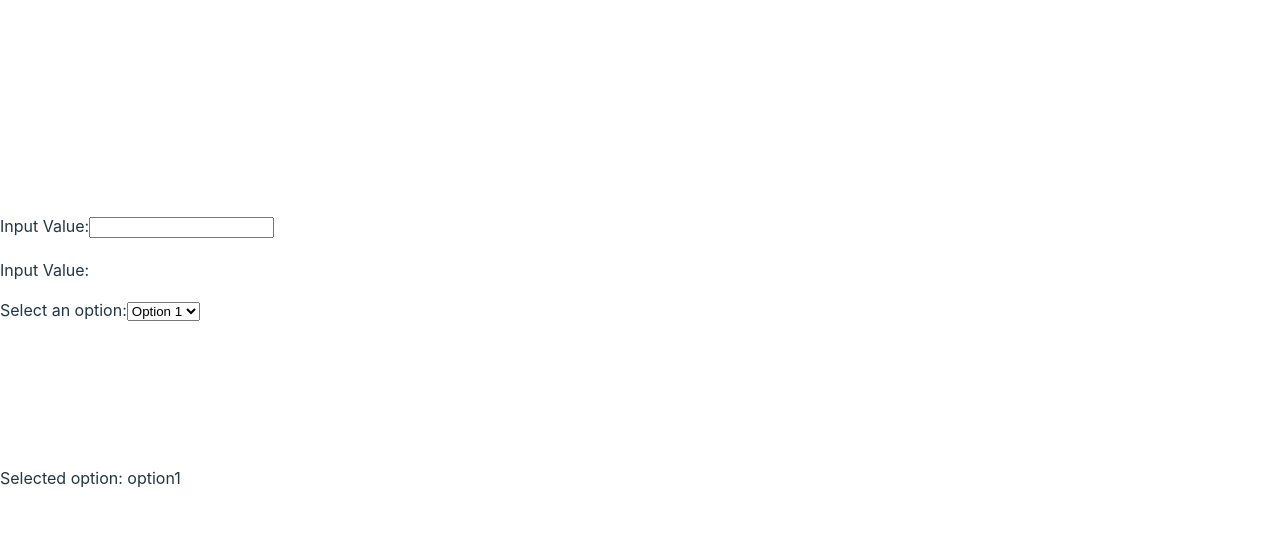
Repository: MariJafari/React-Form
Page: / (app in Desktop/Vite_jsx (3)/Vite_jsx/React Forms/)
An editor plug-in stored every save of this project. The page is shown before and after a run of saves, followed by the edit.
The browser window is 1280 px wide. The pictures show the whole page.
The project was rebuilt for these pictures with package versions that can differ from the ones it lists, and the page was loaded fresh each time. Also part of the build but not shown: Desktop/Vite_jsx (3)/Vite_jsx/React Forms/vite.config.js.

Above is the page before, as saved 2023-10-28 20:56:50.

After the next 2 saves:
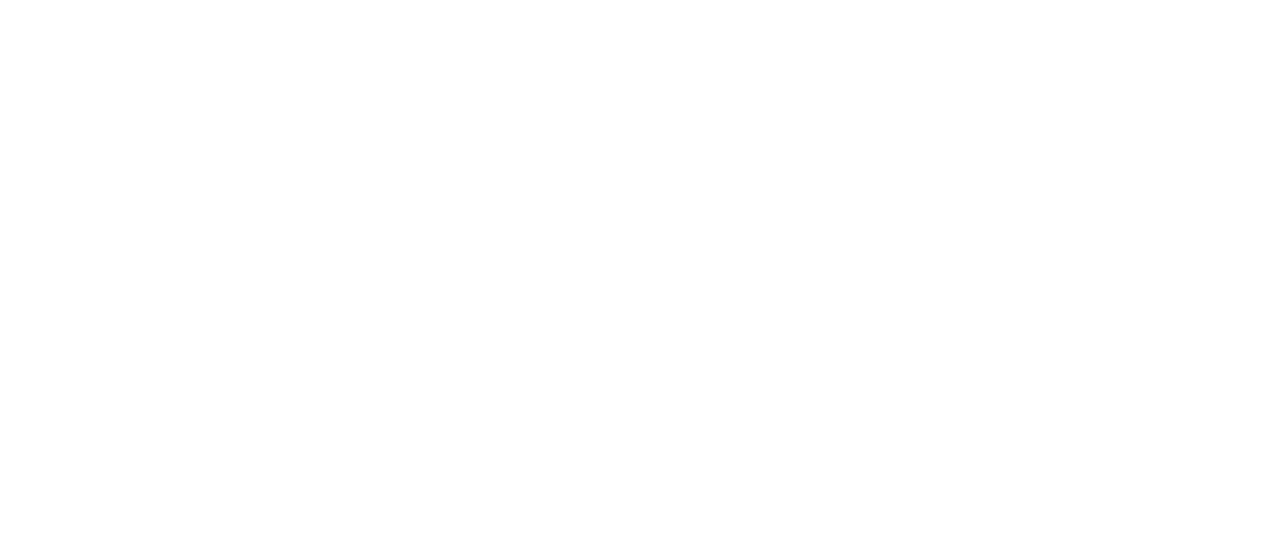
Console error: ReferenceError: Checkbox is not defined
The 2 saves are shown as one change because they came seconds apart.
The last was saved 20 s later.
--- a/Desktop/Vite_jsx (3)/Vite_jsx/React Forms/src/App.jsx
+++ b/Desktop/Vite_jsx (3)/Vite_jsx/React Forms/src/App.jsx
@@ -18,9 +18,10 @@
  <div>
    {<ControlledComponent />}
    {<Dropdown />}
+   { <Checkbox /> }
  {/*{<Controlled/>}
 
-{ <Checkbox /> }
+
 { <Multiple /> }
 { <Validate /> }
  {<Uncontrolled />}

After the save that followed:
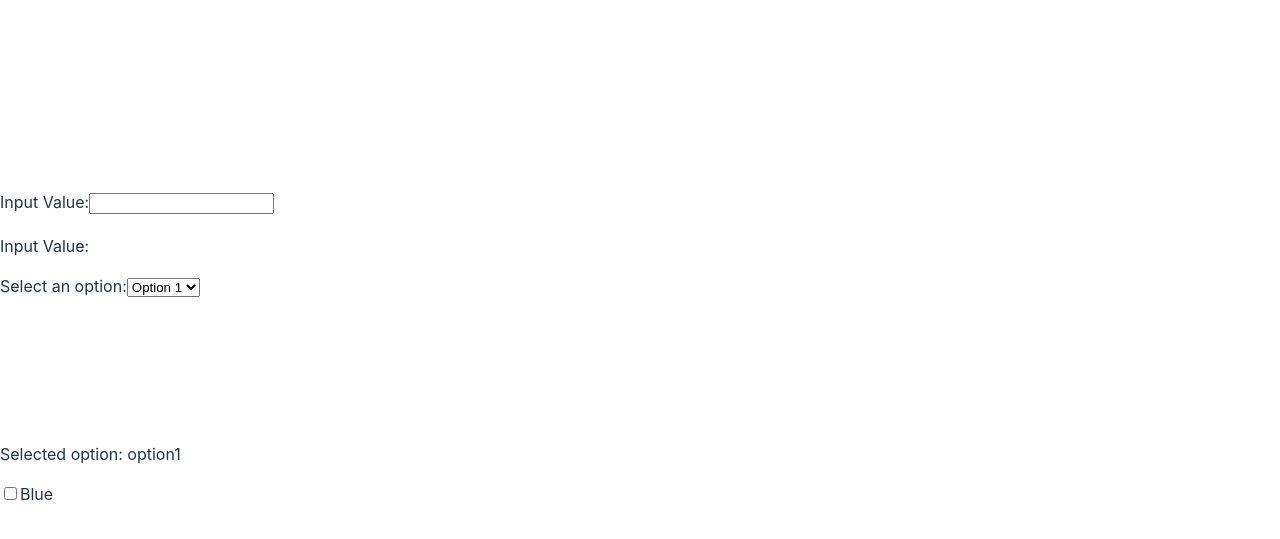
The error is gone.
Saved 4 s later.
--- a/Desktop/Vite_jsx (3)/Vite_jsx/React Forms/src/App.jsx
+++ b/Desktop/Vite_jsx (3)/Vite_jsx/React Forms/src/App.jsx
@@ -2,7 +2,7 @@
 import React from "react";
 // import Validate from "./components/Validate/Validate";
  import Dropdown from "./components/Dropdown/Dropdown";
-// import Checkbox from "./components/Checkbox/Checkbox";
+ import Checkbox from "./components/Checkbox/Checkbox";
 // import Multiple from "./components/Multiple/Multiple";
 // import Uncontrolled from "./components/Uncontrolled/Uncontrolled";
 // import Controlled from "./components/Controlled/Controlled";
